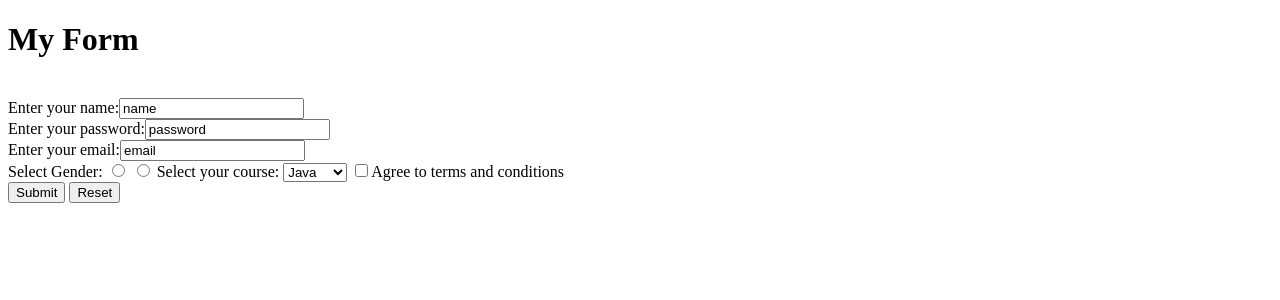
Repository: MayukhBR13/antwalk_classes
Page: MyFormAssignment070223/src/main/webapp/index.html
These files come from the project's save history. The page is drawn as it stood at one moment and after the next save; the edit follows.
The browser window is 1280 px wide. The pictures show the whole page.

Above is the page before, as saved 2023-02-07 09:27:26.

After the next save:
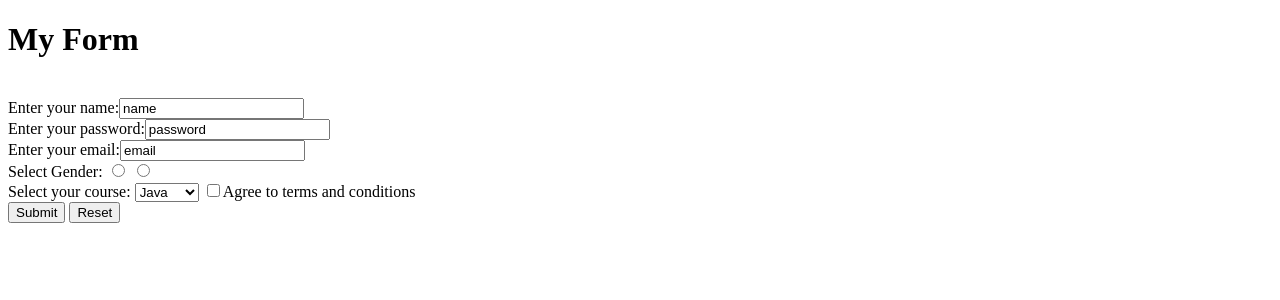
Saved 4 min 15 s later.
--- a/MyFormAssignment070223/src/main/webapp/index.html
+++ b/MyFormAssignment070223/src/main/webapp/index.html
@@ -12,7 +12,7 @@
 		Enter your password:<input type="text" value="password"><br>
 		Enter your email:<input type="text" value="email"><br>
 		Select Gender: <input type="radio" name="gender" value="Male">
-					<input type="radio" name="gender" value="Female">
+					<input type="radio" name="gender" value="Female"><br>
 		Select your course:
 		<select name="course">
 			<option value="Java">Java</option>
